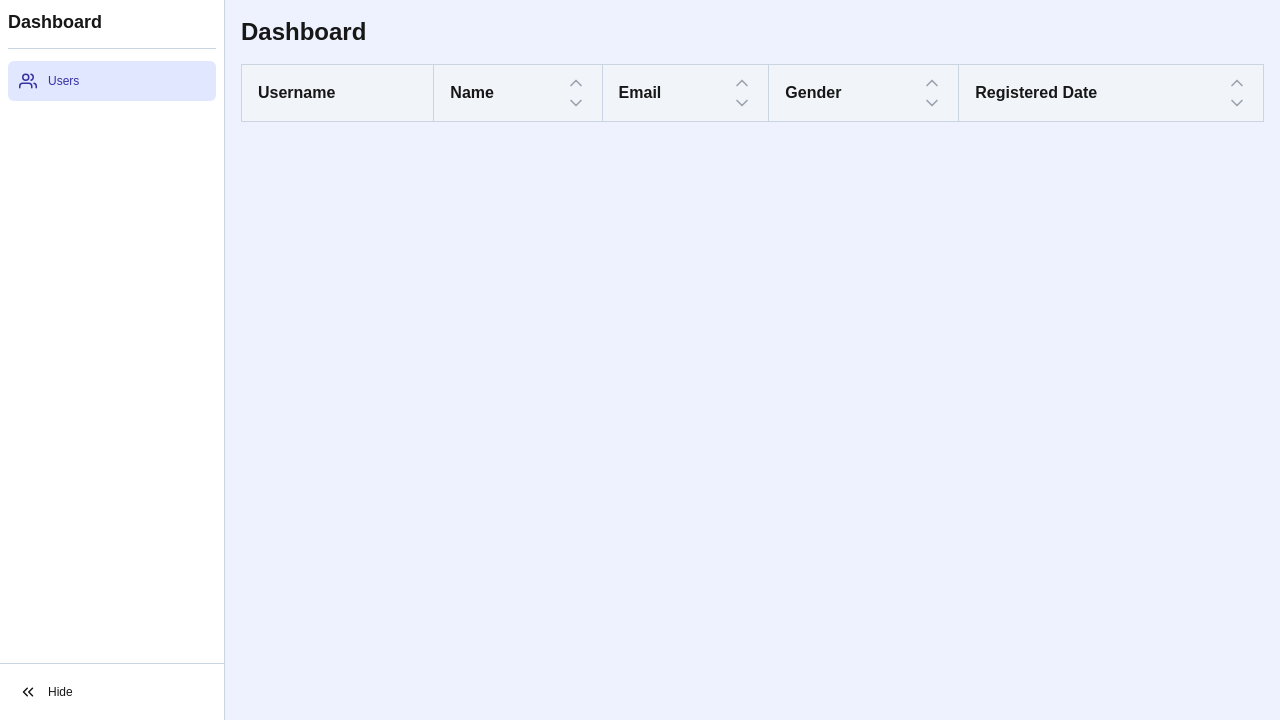
Repository: Ademaulana100499/userdashboard
Page: /
The author's editor kept a copy of each file at every save. The page is drawn from the files as they stood at one save, then again after the next save.
The browser window is 1280 px wide. The pictures show the whole page.
The page's requests for data from a server got no answer. The project was rebuilt for these pictures with package versions that can differ from the ones it lists, and the page was loaded fresh each time. The framework's server and built-in components were replaced by stand-ins that run in the browser. No one was signed in, and anything a server would have sent is missing. Also part of the build but not shown: next.config.mjs.

Above is the page before, as saved 2025-02-14 19:44:20.

After the next save:
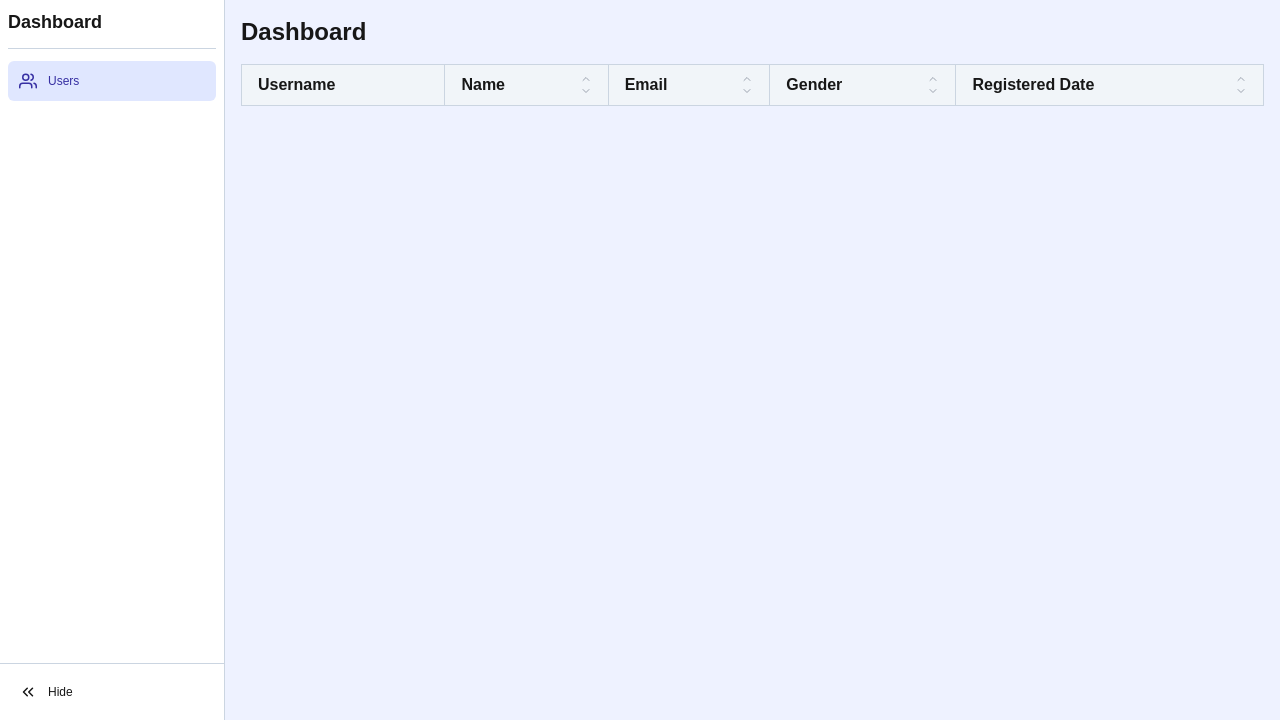
Saved 41 s later.
--- a/src/components/DashboardContent.jsx
+++ b/src/components/DashboardContent.jsx
@@ -69,14 +69,14 @@ const DashboardContent = () => {
                 <div className="flex flex-col items-center">
                   <FiChevronUp
                     onClick={() => handleSort("name.first")}
-                    className={`text-xl cursor-pointer ${getSortIconStyle(
+                    className={`text-xs cursor-pointer ${getSortIconStyle(
                       "name.first",
                       "asc"
                     )}`}
                   />
                   <FiChevronDown
                     onClick={() => handleSort("name.first")}
-                    className={`text-xl cursor-pointer ${getSortIconStyle(
+                    className={`text-xs cursor-pointer ${getSortIconStyle(
                       "name.first",
                       "desc"
                     )}`}
@@ -90,14 +90,14 @@ const DashboardContent = () => {
                 <div className="flex flex-col items-center">
                   <FiChevronUp
                     onClick={() => handleSort("email")}
-                    className={`text-xl cursor-pointer ${getSortIconStyle(
+                    className={`text-xs cursor-pointer ${getSortIconStyle(
                       "email",
                       "asc"
                     )}`}
                   />
                   <FiChevronDown
                     onClick={() => handleSort("email")}
-                    className={`text-xl cursor-pointer ${getSortIconStyle(
+                    className={`text-xs cursor-pointer ${getSortIconStyle(
                       "email",
                       "desc"
                     )}`}
@@ -111,14 +111,14 @@ const DashboardContent = () => {
                 <div className="flex flex-col items-center">
                   <FiChevronUp
                     onClick={() => handleSort("gender")}
-                    className={`text-xl cursor-pointer ${getSortIconStyle(
+                    className={`text-xs cursor-pointer ${getSortIconStyle(
                       "gender",
                       "asc"
                     )}`}
                   />
                   <FiChevronDown
                     onClick={() => handleSort("gender")}
-                    className={`text-xl cursor-pointer ${getSortIconStyle(
+                    className={`text-xs cursor-pointer ${getSortIconStyle(
                       "gender",
                       "desc"
                     )}`}
@@ -132,14 +132,14 @@ const DashboardContent = () => {
                 <div className="flex flex-col items-center">
                   <FiChevronUp
                     onClick={() => handleSort("registered.date")}
-                    className={`text-xl cursor-pointer ${getSortIconStyle(
+                    className={`text-xs cursor-pointer ${getSortIconStyle(
                       "registered.date",
                       "asc"
                     )}`}
                   />
                   <FiChevronDown
                     onClick={() => handleSort("registered.date")}
-                    className={`text-xl cursor-pointer ${getSortIconStyle(
+                    className={`text-xs cursor-pointer ${getSortIconStyle(
                       "registered.date",
                       "desc"
                     )}`}
